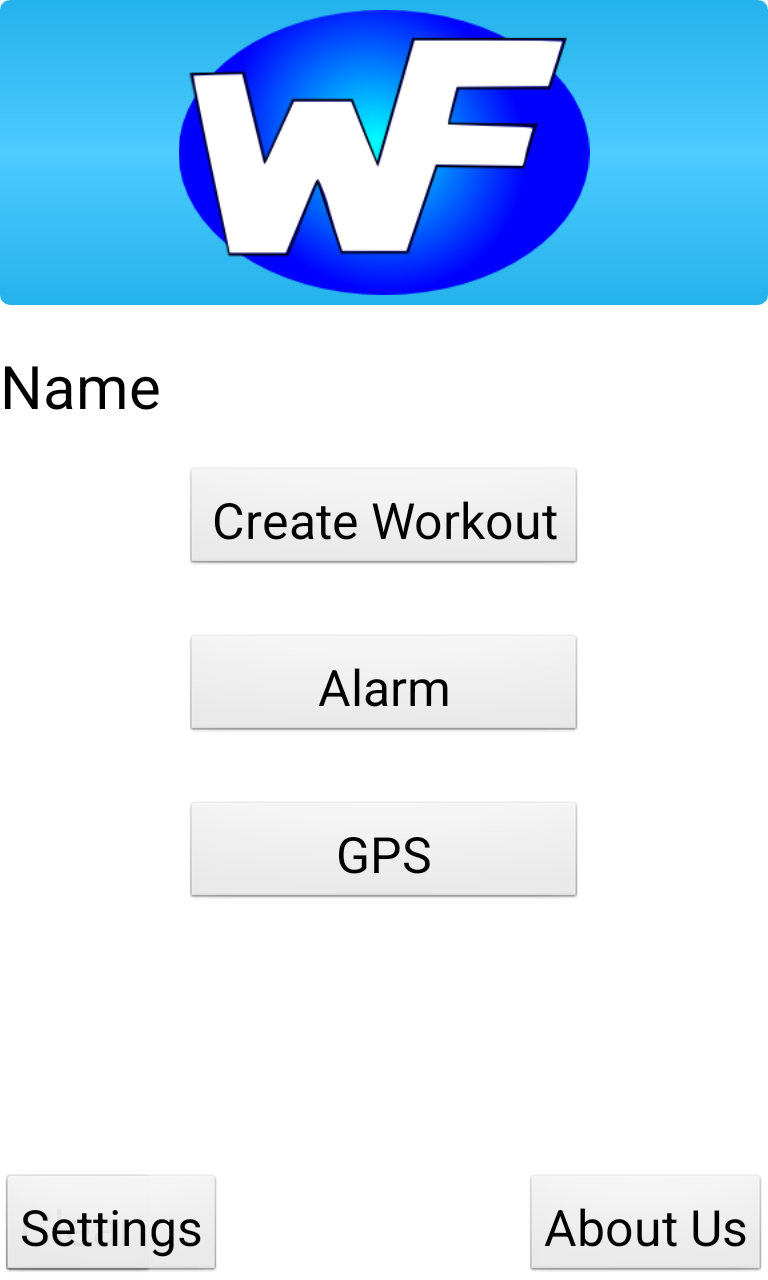
Repository: jwisch91/CS390-Project
Layout: workspace/testing/res/layout/new_file.xml
An editor plug-in stored every save of this project. The layout is shown before and after the next save, followed by the edit.
It is drawn on a 768 x 1280 px phone screen (xhdpi) without system bars, with theme android:Theme.NoTitleBar; the app's code is not run.

Above is the layout before, as saved 2013-04-01 23:36:30.

### workspace/testing/res/layout/new_file.xml
<?xml version="1.0" encoding="utf-8"?>
<RelativeLayout xmlns:android="http://schemas.android.com/apk/res/android"
    android:layout_width="fill_parent"
 	android:layout_height="fill_parent"
    android:layout_weight="0.80"
    android:background="#ffffff" >

    	 <!--  Header  Starts-->
        <LinearLayout android:id="@+id/header"
                android:layout_width="fill_parent"
                android:layout_height="wrap_content"
                android:background="@layout/header_gradient"
                android:paddingTop="5dip"
                android:paddingBottom="5dip">
                <!-- Logo Start-->
                <ImageView
                    android:layout_width="fill_parent"
                	android:layout_height="wrap_content"
               	 	android:layout_gravity="center"
                	android:src="@drawable/logo" />
                <!-- Logo Ends -->
        </LinearLayout>
        <!--  Header Ends -->

        <TextView
             android:id="@+id/Welcome"
             android:layout_width="wrap_content"
             android:layout_height="wrap_content"
             android:textColor="#000000"
             android:textSize="30dip"
             android:text="Name"
             android:gravity="center"
             android:layout_marginTop="20dp"
             android:layout_below="@+id/header"
             />

         <Button
             android:id="@+id/About_Us"
             android:layout_width="wrap_content"
             android:layout_height="wrap_content"
             android:layout_alignParentRight="true"
             android:text="About Us"
          	 android:padding="10dip"
             android:layout_alignParentBottom="true"
             android:textSize="25dip"
             />

         <Button
             android:id="@+id/Clear"
             android:layout_width="wrap_content"
             android:layout_height="wrap_content"
             android:layout_gravity="center"
             android:text="Clear"
          	 android:padding="10dip"
             android:layout_alignParentBottom="true"
             android:textSize="25dip"
             />

         <Button
             android:id="@+id/Settings"
             android:layout_width="wrap_content"
             android:layout_height="wrap_content"
             android:layout_alignParentLeft="true"
             android:text="Settings"
          	 android:padding="10dip"
             android:layout_alignParentBottom="true"
             android:textSize="25dip"
             />

         <Button
             android:id="@+id/Workout_Button"
             android:layout_width="200dip"
             android:layout_height="wrap_content"
             android:layout_alignLeft="@+id/Calender_Button"
             android:layout_below="@+id/Welcome"
             android:layout_marginTop="20dp"
             android:layout_marginBottom="10dip"
             android:padding="10dip"
             android:text="Create Workout"
             android:textSize="25dip" />

         <Button
             android:id="@+id/Calender_Button"
             android:layout_width="200dip"
             android:layout_height="wrap_content"
             android:layout_below="@+id/Workout_Button"
             android:layout_centerHorizontal="true"
             android:layout_marginTop="20dp"
             android:layout_marginBottom="10dip"
             android:padding="10dip"
             android:text="Alarm"
             android:textSize="25dip" />

         <Button
             android:id="@+id/GPS_Button"
             android:layout_width="200dip"
             android:layout_height="wrap_content"
             android:layout_below="@+id/Calender_Button"
             android:layout_alignLeft="@+id/Calender_Button"
             android:layout_marginTop="20dp"
             android:layout_marginBottom="10dip"
             android:padding="10dip"
             android:text="GPS"
             android:textSize="25dip" />




</RelativeLayout>

Loaded but not shown: workspace/testing/res/layout/header_gradient.xml (common file)

After the next save:
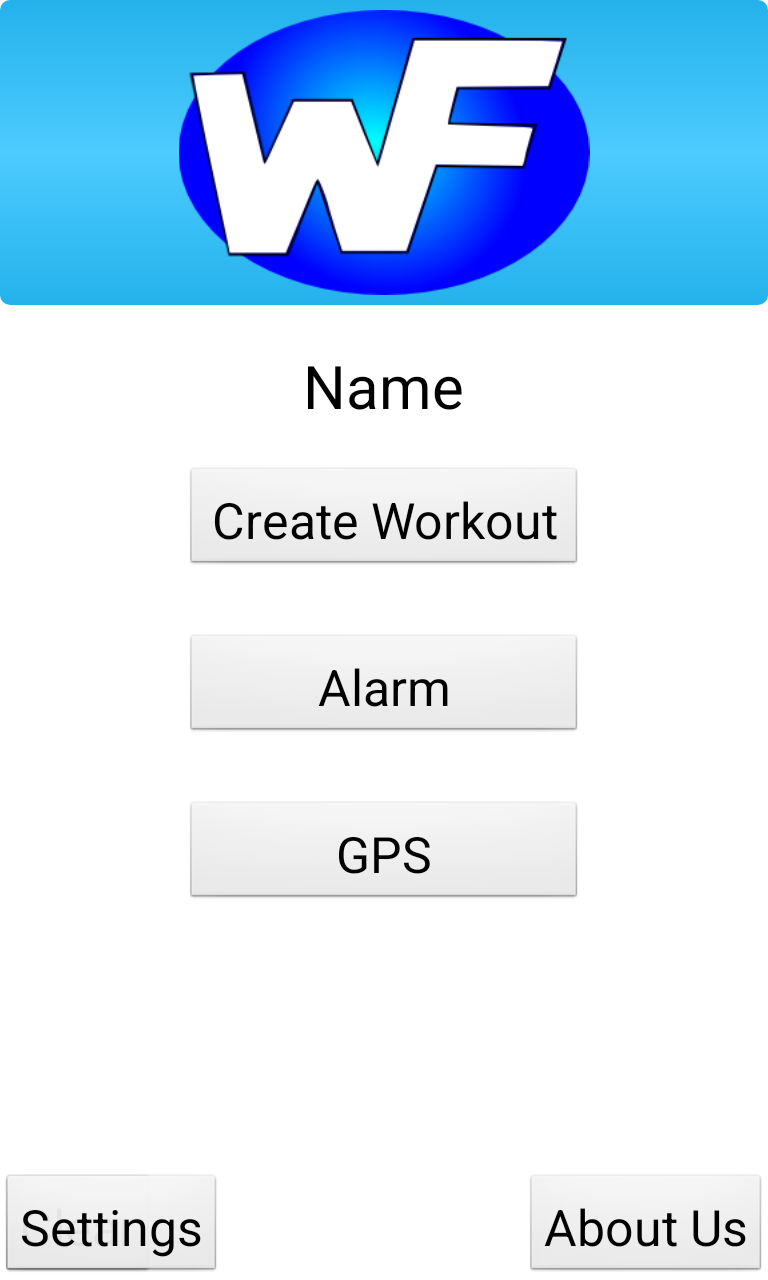
Saved 42 s later.
--- a/workspace/testing/res/layout/new_file.xml
+++ b/workspace/testing/res/layout/new_file.xml
@@ -23,16 +23,16 @@
         <!--  Header Ends -->
 
         <TextView
-             android:id="@+id/Welcome"
-             android:layout_width="wrap_content"
-             android:layout_height="wrap_content"
-             android:textColor="#000000"
-             android:textSize="30dip"
-             android:text="Name"
-             android:gravity="center"
-             android:layout_marginTop="20dp"
-             android:layout_below="@+id/header"
-             />
+            android:id="@+id/Welcome"
+            android:layout_width="wrap_content"
+            android:layout_height="wrap_content"
+            android:layout_below="@+id/header"
+            android:layout_centerHorizontal="true"
+            android:layout_marginTop="20dp"
+            android:gravity="center"
+            android:text="Name"
+            android:textColor="#000000"
+            android:textSize="30dip" />
 
          <Button
              android:id="@+id/About_Us"
